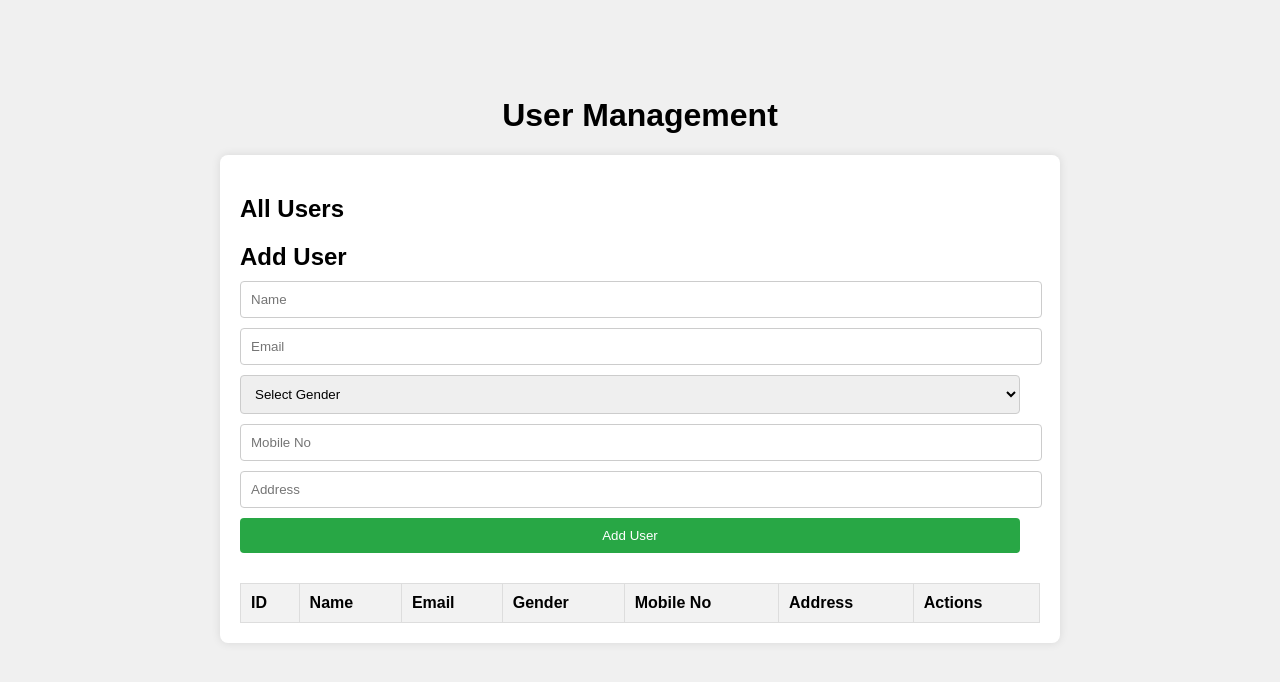
Repository: kushwahvikash/curd-operation
Page: curd-operation/src/main/resources/static/ui.html
An editor plug-in stored every save of this project. The page is shown before and after the next save, followed by the edit.
The browser window is 1280 px wide. The pictures show the whole page.
The page's requests for data from a server got no answer.

Above is the page before, as saved 2024-07-24 14:34:06.

### curd-operation/src/main/resources/static/ui.html
<!DOCTYPE html>
<html lang="en">
<head>
    <meta charset="UTF-8">
    <meta name="viewport" content="width=device-width, initial-scale=1.0">
    <title>User Management</title>
    <style>
        body {
            font-family: Arial, sans-serif;
            margin: 0;
            padding: 0;
            display: flex;
            justify-content: center;
            align-items: center;
            flex-direction: column;
            min-height: 100vh;
            background-color: #f0f0f0;
        }
        h1 {
            margin-top: 20px;
        }
        .container {
            width: 90%;
            max-width: 800px;
            background-color: white;
            padding: 20px;
            box-shadow: 0 0 10px rgba(0, 0, 0, 0.1);
            border-radius: 8px;
        }
        .form-container, .edit-container {
            margin-bottom: 20px;
        }
        .form-container h2, .edit-container h2 {
            margin-bottom: 10px;
        }
        .form-container input, .form-container select, .form-container button,
        .edit-container input, .edit-container select, .edit-container button {
            width: calc(100% - 20px);
            margin-bottom: 10px;
            padding: 10px;
            border-radius: 4px;
            border: 1px solid #ccc;
        }
        .form-container button, .edit-container button {
            background-color: #28a745;
            color: white;
            border: none;
            cursor: pointer;
        }
        .form-container button:hover, .edit-container button:hover {
            background-color: #218838;
        }
        table {
            width: 100%;
            border-collapse: collapse;
            margin-top: 20px;
        }
        table, th, td {
            border: 1px solid #ddd;
        }
        th, td {
            padding: 10px;
            text-align: left;
        }
        th {
            background-color: #f2f2f2;
        }
        .btn {
            padding: 5px 10px;
            color: white;
            border: none;
            cursor: pointer;
            border-radius: 4px;
        }
        .btn-edit {
            background-color: #007bff;
        }
        .btn-edit:hover {
            background-color: #0056b3;
        }
        .btn-delete {
            background-color: #dc3545;
        }
        .btn-delete:hover {
            background-color: #c82333;
        }
        .edit-container {
            display: none;
        }
    </style>
</head>
<body>
    <h1>User Management</h1>
   <div class="container">

        <h2>All Users</h2>
        <table id="userTable">
            <thead>
                <tr>
                    <th>ID</th>
                    <th>Name</th>
                    <th>Email</th>
                    <th>Gender</th>
                    <th>Mobile No</th>
                    <th>Address</th>
                    <th>Actions</th>
                </tr>
            </thead>
            <tbody>
                <!-- Dynamic Content -->


    <div class="edit-container" id="editContainer">
            <h2>Edit User</h2>
            <input type="hidden" id="editId">
            <input type="text" id="editName" placeholder="Name">
            <input type="email" id="editEmail" placeholder="Email">
            <select id="editGender">
                <option value="">Select Gender</option>
                <option value="Male">Male</option>
                <option value="Female">Female</option>
            </select>
            <input type="text" id="editMobileNo" placeholder="Mobile No">
            <input type="text" id="editAddress" placeholder="Address">
            <button onclick="updateUser()">Update User</button>
            <button onclick="cancelEdit()">Cancel</button>
        </div>
        <div class="form-container">
            <h2>Add User</h2>
            <input type="text" id="name" placeholder="Name">
            <input type="email" id="email" placeholder="Email">
            <select id="gender">
                <option value="">Select Gender</option>
                <option value="Male">Male</option>
                <option value="Female">Female</option>
            </select>
            <input type="text" id="mobileNo" placeholder="Mobile No">
            <input type="text" id="address" placeholder="Address">
            <button onclick="addUser()">Add User</button>
        </div>
            </tbody>
        </table>
    </div>

    <script>
        let currentEditId = null;

        document.addEventListener('DOMContentLoaded', function() {
            loadUsers();
        });

        function loadUsers() {
            fetch('/api/users')
                .then(response => response.json())
                .then(users => {
                    const userTable = document.getElementById('userTable').getElementsByTagName('tbody')[0];
                    userTable.innerHTML = '';
                    users.forEach(user => {
                        const row = userTable.insertRow();
                        row.insertCell(0).innerHTML = user.id;
                        row.insertCell(1).innerHTML = user.name;
                        row.insertCell(2).innerHTML = user.email;
                        row.insertCell(3).innerHTML = user.gender;
                        row.insertCell(4).innerHTML = user.mobileNo;
                        row.insertCell(5).innerHTML = user.address;
                        const actionsCell = row.insertCell(6);
                        actionsCell.innerHTML = `<button class="btn btn-edit" onclick="addUser(${user})">Add</button>
                        	                     <button class="btn btn-edit" onclick="editUser(${user.id})">Edit</button>
                                                 <button class="btn btn-delete" onclick="deleteUser(${user.id})">Delete</button>`;
                    });
                });
        }

        function addUser() {
            const user = {
                name: document.getElementById('name').value,
                email: document.getElementById('email').value,
                gender: document.getElementById('gender').value,
                mobileNo: document.getElementById('mobileNo').value,
                address: document.getElementById('address').value
            };

            fetch('/api/users/add', {
                method: 'POST',
                headers: {
                    'Content-Type': 'application/json'
                },
                body: JSON.stringify(user)
            }).then(response => {
                if (response.status === 201) {
                    loadUsers();
                    clearForm();
                }
            });
        }

        function editUser(id) {
            fetch(`/api/users/${id}`)
                .then(response => response.json())
                .then(user => {
                    document.getElementById('editId').value = user.id;
                    document.getElementById('editName').value = user.name;
                    document.getElementById('editEmail').value = user.email;
                    document.getElementById('editGender').value = user.gender;
                    document.getElementById('editMobileNo').value = user.mobileNo;
                    document.getElementById('editAddress').value = user.address;
                    document.getElementById('editContainer').style.display = 'block';
                    currentEditId = id;
                });
        }

        function updateUser() {
            const user = {
                name: document.getElementById('editName').value,
                email: document.getElementById('editEmail').value,
                gender: document.getElementById('editGender').value,
                mobileNo: document.getElementById('editMobileNo').value,
                address: document.getElementById('editAddress').value
            };

            fetch(`/api/users/${currentEditId}`, {
                method: 'PUT',
                headers: {
                    'Content-Type': 'application/json'
                },
                body: JSON.stringify(user)
            }).then(response => {
                if (response.status === 200) {
                    loadUsers();
                    clearEditForm();
                }
            });
        }

        function deleteUser(id) {
            fetch(`/api/users/${id}`, {
                method: 'DELETE'
            }).then(response => {
                if (response.status === 204) {
                    loadUsers();
                }
            });
        }

        function clearForm() {
            document.getElementById('name').value = '';
            document.getElementById('email').value = '';
            document.getElementById('gender').value = '';
            document.getElementById('mobileNo').value = '';
            document.getElementById('address').value = '';
        }

        function clearEditForm() {
            document.getElementById('editName').value = '';
            document.getElementById('editEmail').value = '';
            document.getElementById('editGender').value = '';
            document.getElementById('editMobileNo').value = '';
            document.getElementById('editAddress').value = '';
            document.getElementById('editContainer').style.display = 'none';
            currentEditId = null;
        }

        function cancelEdit() {
            clearEditForm();
        }
    </script>
</body>
</html>

After the next save:
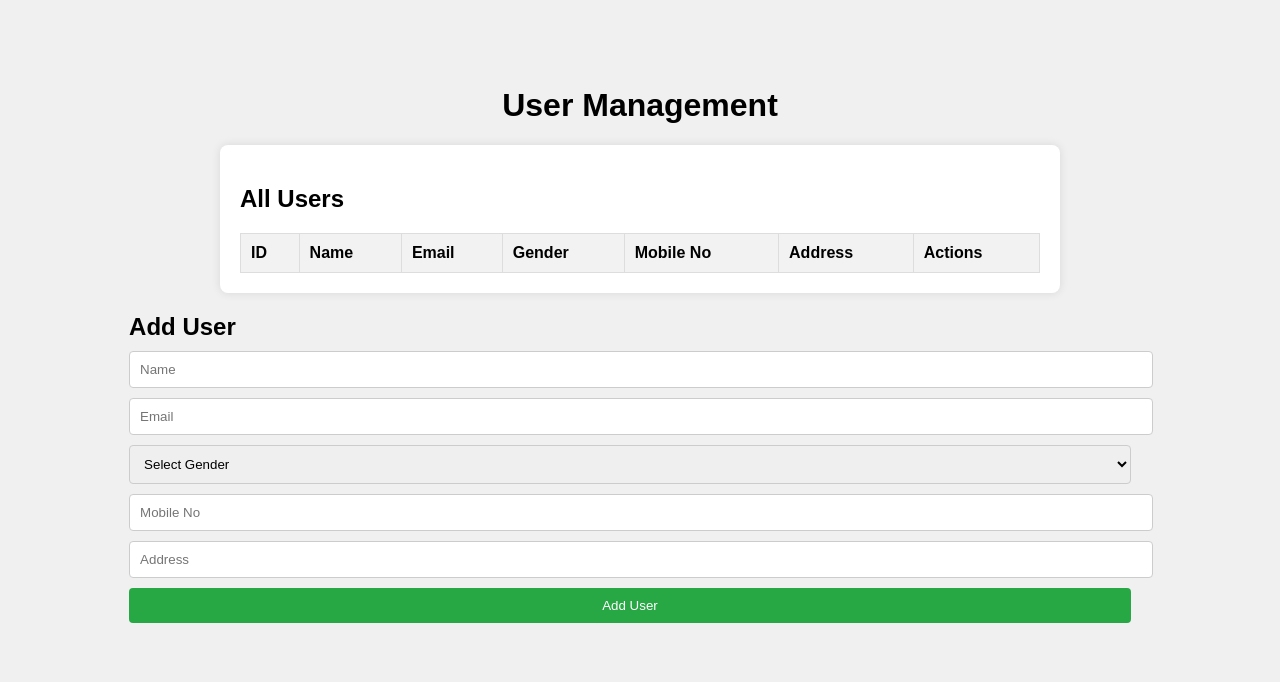
Saved 2 min 38 s later.
--- a/curd-operation/src/main/resources/static/ui.html
+++ b/curd-operation/src/main/resources/static/ui.html
@@ -109,6 +109,10 @@
             <tbody>
                 <!-- Dynamic Content -->
 
+
+            </tbody>
+        </table>
+    </div>
 
     <div class="edit-container" id="editContainer">
             <h2>Edit User</h2>
@@ -138,10 +142,6 @@
             <input type="text" id="address" placeholder="Address">
             <button onclick="addUser()">Add User</button>
         </div>
-            </tbody>
-        </table>
-    </div>
-
     <script>
         let currentEditId = null;
 
